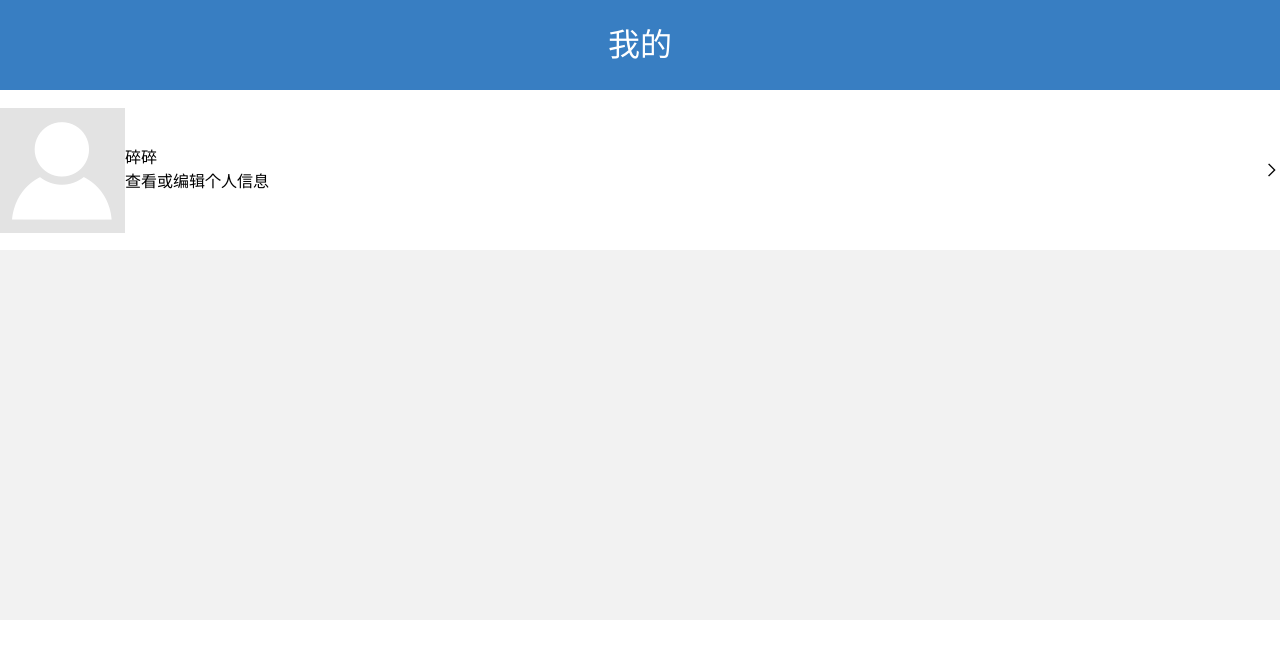
Repository: A1LExX/H5_study_set
Page: myProfile/index.html
These files come from the project's save history. The page is drawn as it stood at one moment and after the next save; the edit follows.
The browser window is 1280 px wide. The pictures show the whole page.

Above is the page before, as saved 2021-07-12 20:12:41.

### myProfile/index.html
<!--
@author [Alex Wei]
@email [w2262196@outlook.com]
@create date 2021-07-12 18:52:43
@modify date 2021-07-12 20:10:47
@desc [description]
-->
<!DOCTYPE html>
<html lang="en">
<head>
    <meta charset="UTF-8">
    <meta http-equiv="X-UA-Compatible" content="IE=edge">
    <meta name="viewport" content="width=device-width, initial-scale=1.0">
    <!-- 引入重制样式表 -->
    <link rel="stylesheet" href="./css/reset.css">
    <!-- 引入移动端适配js -->
    <script src="./js/rem.js"></script>
    <!-- 引入字体图标样式表 -->
    <link rel="stylesheet" href="./css/iconfont.css">
    <!-- 引入当前页面样式表 -->
    <link rel="stylesheet" href="./css/index.css">
    <title>Document</title>
</head>
<body>
    <!-- 页眉 -->
    <div id="top">我的</div>
    <!-- 中间部分 -->
    <div id="mid">
        <div class="proFile">
            <div class="profileLeft">
                <div class="profileImg">
                    <span class="iconfont icon-icontouxiang"></span>
                </div>
                <div class="profileWord">
                    <span>碎碎</span>
                    <span>查看或编辑个人信息</span>
                </div>
            </div>
            <div class="iconfont icon-arrow-right"></div>
        </div>
        <div class="itemOne"></div>
        <div class="itemTwo"></div>
        <div class="setting"></div>
    </div>
    <!-- 页脚 -->
    <div id="footer"></div>
</body>
</html>

### myProfile/css/reset.css
/**
 * @author [Alex Wei]
 * @email [w2262196@outlook.com]
 * @create date 2021-07-12 19:03:59
 * @modify date 2021-07-12 19:05:27
 * @desc [description]
 */
/*
KISSY CSS Reset
理念：1. reset 的目的不是清除浏览器的默认样式，这仅是部分工作。清除和重置是紧密不可分的。
2. reset 的目的不是让默认样式在所有浏览器下一致，而是减少默认样式有可能带来的问题。
3. reset 期望提供一套普适通用的基础样式。但没有银弹，推荐根据具体需求，裁剪和修改后再使用。
特色：1. 适应中文；2. 基于最新主流浏览器。
维护：玉伯<lifesinger@gmail.com>, 正淳<ragecarrier@gmail.com>
 */

/** 清除内外边距 **/
body, h1, h2, h3, h4, h5, h6, hr, p, blockquote, /* structural elements 结构元素 */
dl, dt, dd, ul, ol, li, /* list elements 列表元素 */
pre, /* text formatting elements 文本格式元素 */
form, fieldset, legend, button, input, textarea, /* form elements 表单元素 */
th, td /* table elements 表格元素 */ {
  margin: 0;
  padding: 0;
}

/** 设置默认字体 **/
body,
button, input, select, textarea /* for ie */ {
  font: 12px/1.5 tahoma, arial, \5b8b\4f53, sans-serif;
}
h1, h2, h3, h4, h5, h6 { font-size: 100%; }
address, cite, dfn, em, var { font-style: normal; } /* 将斜体扶正 */
code, kbd, pre, samp { font-family: courier new, courier, monospace; } /* 统一等宽字体 */
small { font-size: 12px; } /* 小于 12px 的中文很难阅读，让 small 正常化 */

/** 重置列表元素 **/
ul, ol { list-style: none; }

/** 重置文本格式元素 **/
a { text-decoration: none; }
a:hover { text-decoration: underline; }


/** 重置表单元素 **/
legend { color: #000; } /* for ie6 */
fieldset, img { border: 0; } /* img 搭车：让链接里的 img 无边框 */
button, input, select, textarea { font-size: 100%; } /* 使得表单元素在 ie 下能继承字体大小 */
/* 注：optgroup 无法扶正 */

/** 重置表格元素 **/
table { border-collapse: collapse; border-spacing: 0; }

/* 清除浮动 */
.ks-clear:after, .clear:after {
  content: '\20';
  display: block;
  height: 0;
  clear: both;
}

.ks-clear, .clear {
  *zoom: 1;
}

### myProfile/js/rem.js
//designWidth:设计稿的实际宽度值，需要根据实际设置
//maxWidth:制作稿的最大宽度值，需要根据实际设置
//这段js的最后面有两个参数记得要设置，一个为设计稿实际宽度，一个为制作稿最大宽度，例如设计稿为750，最大宽度为750，则为(750,750)
;(function(designWidth, maxWidth) {
	var doc = document,
	win = window,
	docEl = doc.documentElement,
	remStyle = document.createElement("style"),
	tid;

	function refreshRem() {
		var width = docEl.getBoundingClientRect().width;
		maxWidth = maxWidth || 540;
		width>maxWidth && (width=maxWidth);
		//屏幕宽度 * 100 / 设计稿宽度
		var rem = width * 100 / designWidth;
		remStyle.innerHTML = 'html{font-size:' + rem + 'px;}';
	}

	if (docEl.firstElementChild) {
		docEl.firstElementChild.appendChild(remStyle);
	} else {
		var wrap = doc.createElement("div");
		wrap.appendChild(remStyle);
		doc.write(wrap.innerHTML);
		wrap = null;
	}
	//要等 wiewport 设置好后才能执行 refreshRem，不然 refreshRem 会执行2次；
	refreshRem();

	win.addEventListener("resize", function() {
		clearTimeout(tid); //防止执行两次
		tid = setTimeout(refreshRem, 300);
	}, false);

	win.addEventListener("pageshow", function(e) {
		if (e.persisted) { // 浏览器后退的时候重新计算
			clearTimeout(tid);
			tid = setTimeout(refreshRem, 300);
		}
	}, false);

	if (doc.readyState === "complete") {
		doc.body.style.fontSize = "16px";
	} else {
		doc.addEventListener("DOMContentLoaded", function(e) {
			doc.body.style.fontSize = "16px";
		}, false);
	}
})(750, 750);

### myProfile/css/iconfont.css
@font-face {
  font-family: "iconfont"; /* Project id  */
  src: url('../fonts/iconfont.ttf?t=1626088719469') format('truetype');
}

.iconfont {
  font-family: "iconfont" !important;
  font-size: 16px;
  font-style: normal;
  -webkit-font-smoothing: antialiased;
  -moz-osx-font-smoothing: grayscale;
}

.icon-arrow-right:before {
  content: "\e601";
}

.icon-fangzi:before {
  content: "\e614";
}

.icon-fangzi1:before {
  content: "\e6d3";
}

.icon-icontouxiang:before {
  content: "\e622";
}

.icon-quanquanb:before {
  content: "\e6d4";
}

.icon-baobiao:before {
  content: "\e65c";
}

.icon-liuyan:before {
  content: "\e615";
}

.icon-shouye:before {
  content: "\e60b";
}

.icon-baoming:before {
  content: "\e664";
}

.icon-shezhi:before {
  content: "\e63a";
}

.icon-dibudaohanglan-:before {
  content: "\e630";
}

.icon-renyuan:before {
  content: "\e61a";
}

### myProfile/css/index.css
/**
 * @author [Alex Wei]
 * @email [w2262196@outlook.com]
 * @create date 2021-07-12 19:23:21
 * @modify date 2021-07-12 20:12:41
 * @desc [description]
 */
html, body{
    width: 100%;
    height: 100%;
}

body{
    display: flex;
    flex-direction: column;
}

#top{
    height: .9rem;
    background: #387ec2;
    color: white;
    font-size: .32rem;
    line-height: .9rem;
    text-align: center;
}


#mid{
    flex: 1;
    background: #f2f2f2;
    overflow: scroll;
    display: flex;
    flex-direction: column;
}

#mid .profileImg{
    width: 1.25rem;
    height: 1.25rem;
    background: #e3e3e3;
    text-align: center;
}

.proFile{
    display: flex;
    justify-content: space-between;
    align-items: center;
    background: white;
    height: 1.6rem;
}

.icon-icontouxiang{
    font-size: 1rem;
    line-height: 1.25rem;
    /* text-align: center; */
    color: white;
}

.profileLeft{
    display: flex;
    justify-content: space-between;
    align-items: center;
}

.profileWord span:last-child{
    /* display: inline; */
    display: block;
}

#footer{
    height: 1rem;
}

After the next save:
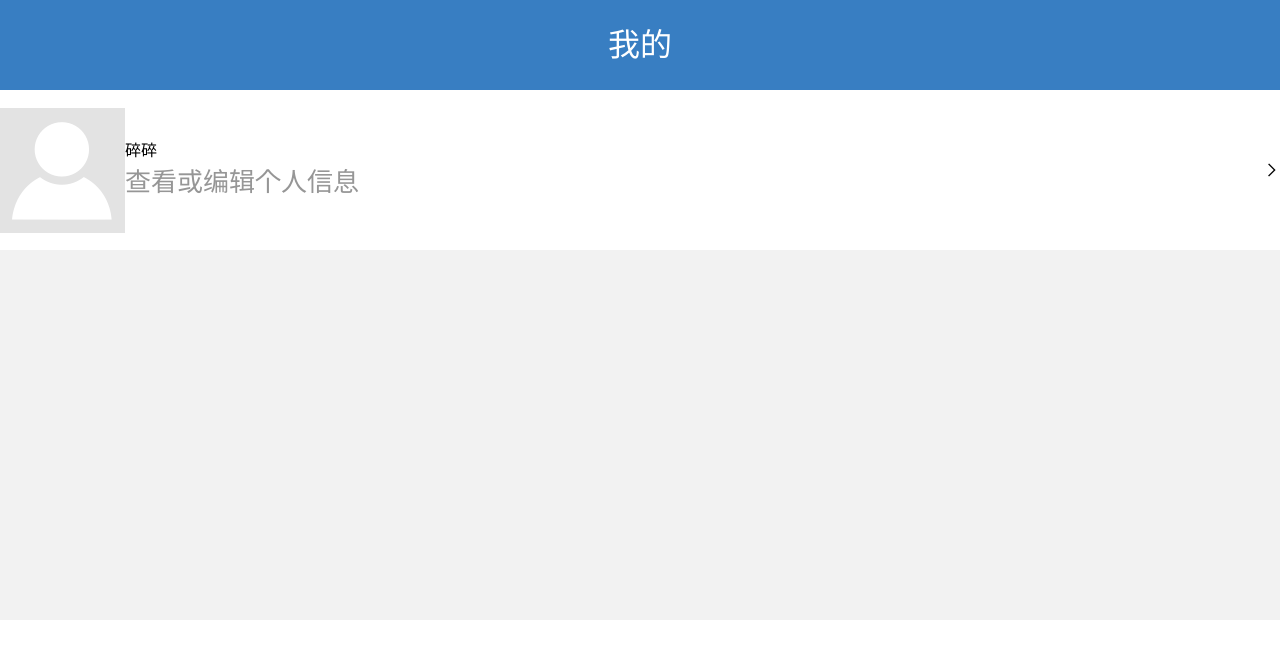
Saved 58 s later.
--- a/myProfile/css/index.css
+++ b/myProfile/css/index.css
@@ -2,7 +2,7 @@
  * @author [Alex Wei]
  * @email [w2262196@outlook.com]
  * @create date 2021-07-12 19:23:21
- * @modify date 2021-07-12 20:12:41
+ * @modify date 2021-07-12 20:13:39
  * @desc [description]
  */
 html, body{
@@ -64,6 +64,8 @@ body{
 .profileWord span:last-child{
     /* display: inline; */
     display: block;
+    font-size: .26rem;
+    color: #969696;
 }
 
 #footer{
